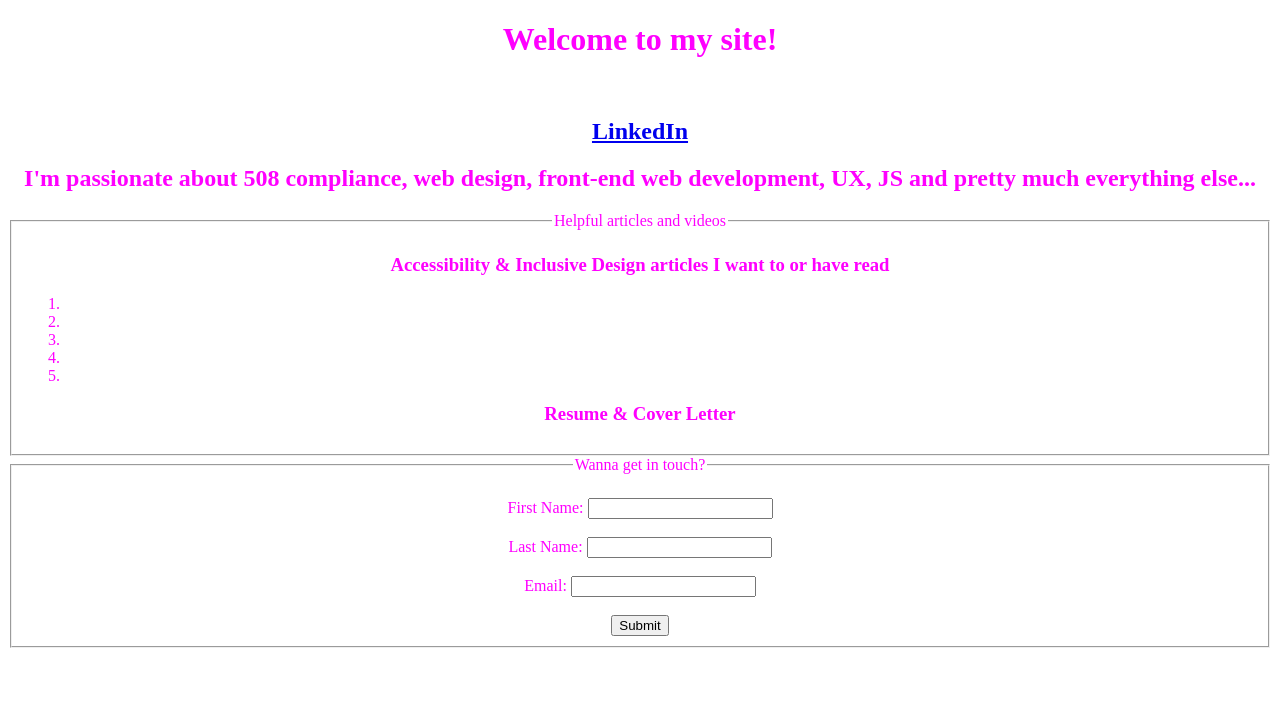
Repository: jasvr/jasvr.io
Page: index.html
These files come from the project's save history. The page is drawn as it stood at one moment and after a run of saves; the edit follows.
The browser window is 1280 px wide. The pictures show the whole page.

Above is the page before, as saved 2020-01-10 15:01:47.

### index.html
<!DOCTYPE html>
<html lang="en">
<head>
    <meta charset="UTF-8">
    <meta name="viewport" content="width=device-width, initial-scale=1.0">
    <meta http-equiv="X-UA-Compatible" content="ie=edge">
    <title>Jasmin Vargas</title>
    <link href="style.css" type="text/css" rel="stylesheet">
</head>
<body>
    <h1>Welcome to my site!</h1>
    <br>
    <h2><a href="https://www.linkedin.com/in/jasvrgs/">LinkedIn</a></h2>
    <h2>I'm passionate about 508 compliance, web design, front-end web development, UX, JS and pretty much everything else...</h2>

    <fieldset>
        <legend>Helpful articles and videos</legend>
             <h3>Accessibility & Inclusive Design articles I want to or have read</h3>
             <ol>
                 <li></li>
                 <li></li>
                 <li></li>
                 <li></li>
                 <li></li>
             </ol>
             <h3>Resume & Cover Letter</h3>

    </fieldset>


    <fieldset>
        <legend>Wanna get in touch?</legend>
        <div>
            <br>
            <label for ="firstname">First Name: </label>
            <input type="text" name="firstname"/>
        </div>
        <div>
            <br>
            <label for ="lastname">Last Name: </label>
            <input type="text" name="lastname"/>
        </div>
        <div>
            <br>
            <label for ="email">Email: </label>
            <input type="text" name="email"/>

        </div>
        <div>
            <br>
            <input type="submit" value="Submit">
        </div>
    </fieldset>
</body>
</html>

### style.css
body{
    color:magenta;
    text-align:center;
    }

    *:focus{
        outline: 0;
        box-shadow: 0 0 10px #eb0486;
        border-color: #eb0486;
    }

    a:focus{
        color: #eb0486;
        font-weight: bold;
    }

    .button:focus{
        background-color: #eb0486;

    }

After the next 3 saves:
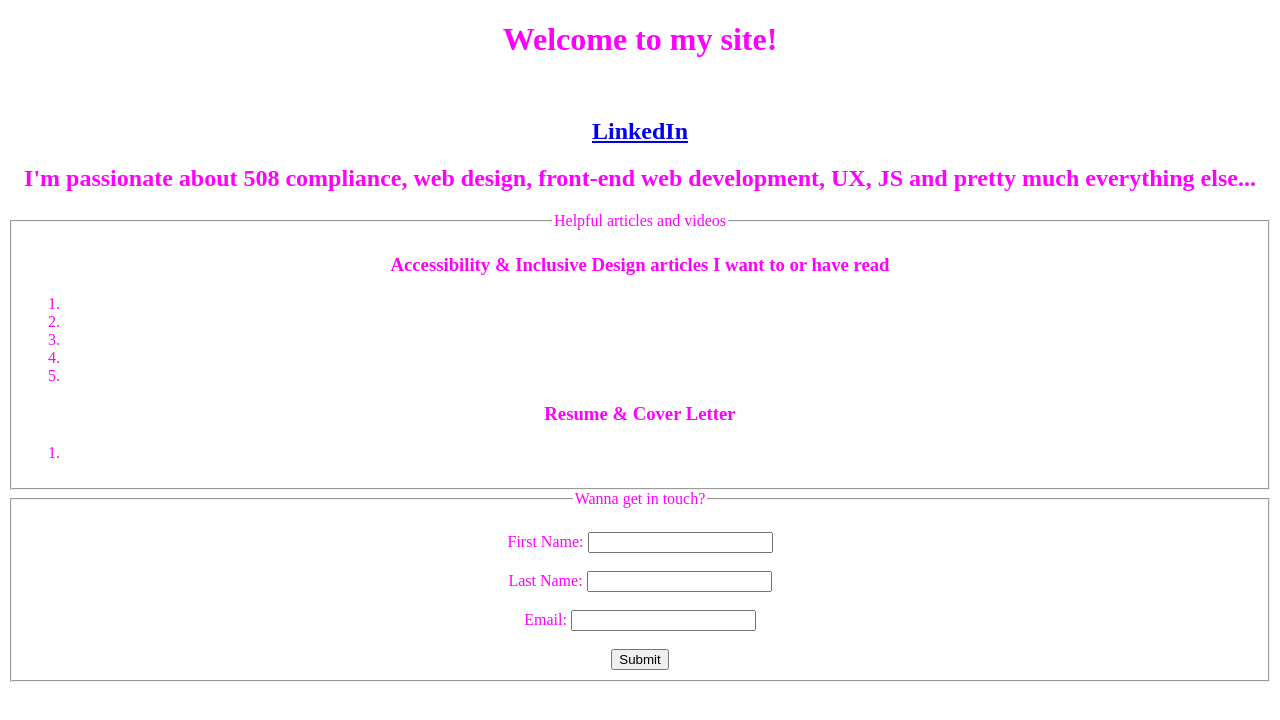
The 3 saves are shown as one change because they came seconds apart.
The last was saved 11 s later.
--- a/index.html
+++ b/index.html
@@ -24,6 +24,9 @@
                  <li></li>
              </ol>
              <h3>Resume & Cover Letter</h3>
+             <ol>
+                 <li></li>
+             </ol>
 
     </fieldset>
 
